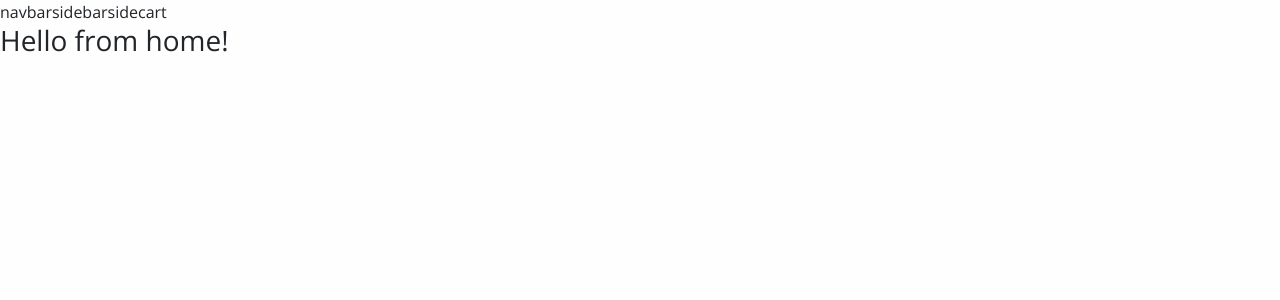
Repository: CaptainStorm21/react16-techstore
Page: /
The author's editor kept a copy of each file at every save. The page is drawn from the files as they stood at one save, then again after the next save.
The browser window is 1280 px wide. The pictures show the whole page.
Some web fonts or font styles are not loaded; a fallback is used. The project was rebuilt for these pictures with package versions that can differ from the ones it lists, and the page was loaded fresh each time. Also part of the build but not shown: src/pages/ContactPage.js, src/pages/ProductsPage.js, src/pages/AboutPage.js, src/pages/SingleProductPage.js, src/pages/DefaultPage.js, src/pages/CartPage.js.

Above is the page before, as saved 2020-05-08 13:19:49.

### public/index.html
<!DOCTYPE html>
<html lang="en">
  <head>
    <meta charset="utf-8" />
    <link rel="icon" href="%PUBLIC_URL%/favicon.ico" />
    <meta name="viewport" content="width=device-width, initial-scale=1" />
    <meta name="theme-color" content="#000000" />
    <meta
      name="description"
      content="Web site created using create-react-app"
    />
    <link rel="apple-touch-icon" href="%PUBLIC_URL%/logo192.png" />
    <!--
      manifest.json provides metadata used when your web app is installed on a
      user's mobile device or desktop. See https://developers.google.com/web/fundamentals/web-app-manifest/
    -->
    <link rel="manifest" href="%PUBLIC_URL%/manifest.json" />
    <!--
      Notice the use of %PUBLIC_URL% in the tags above.
      It will be replaced with the URL of the `public` folder during the build.
      Only files inside the `public` folder can be referenced from the HTML.

      Unlike "/favicon.ico" or "favicon.ico", "%PUBLIC_URL%/favicon.ico" will
      work correctly both with client-side routing and a non-root public URL.
      Learn how to configure a non-root public URL by running `npm run build`.
    -->
    <title>Tech Store</title>
  </head>
  <body>
    <noscript>You need to enable JavaScript to run this app.</noscript>
    <div id="root"></div>
    <!--
      This HTML file is a template.
      If you open it directly in the browser, you will see an empty page.

      You can add webfonts, meta tags, or analytics to this file.
      The build step will place the bundled scripts into the <body> tag.

      To begin the development, run `npm start` or `yarn start`.
      To create a production bundle, use `npm run build` or `yarn build`.
    -->
  </body>
</html>

### src/index.js
import React from "react";
import ReactDOM from "react-dom";
import "./index.css";
import App from "./App";
import * as serviceWorker from "./serviceWorker";

//Router setup
import { BrowserRouter as Router } from "react-router-dom";

//Import context
import { ProductProvider} from './context';

ReactDOM.render(
  <ProductProvider>
        <Router>
      <App />
    </Router>
  </ProductProvider>, document.getElementById("root")
);

// If you want your app to work offline and load faster, you can change
// unregister() to register() below. Note this comes with some pitfalls.
// Learn more about service workers: https://bit.ly/CRA-PWA
serviceWorker.unregister();

### src/App.js
import React from 'react';
import './App.css';
import  'bootstrap/dist/css/bootstrap.min.css';
// import styled from 'styled-components';

// //react icon
// import {FaHome} from 'react-icons/fa';

//import pages
import HomePage from './pages/HomePage';
import ContactPage from './pages/ContactPage';
import ProductsPage from './pages/ProductsPage';
import AboutPage from './pages/AboutPage';
import SingleProductPage from './pages/SingleProductPage';
import DefaultPage from './pages/DefaultPage';
import CartPage from './pages/CartPage';

//import routes
import { Route, Switch } from 'react-router-dom';

//import skeleton component
import Navbar from './components/Navbar';
import Footer from './components/Footer';
import Sidebar from './components/Sidebar';
import Sidecart from './components/Sidecart';

function App() {
  return (
    < >
    <Navbar/>
    <Sidebar/>
    <Sidecart/>

     {/* navbar, sidebar, cart, footer */}
     <Switch>
       <Route path = "/" exact component={HomePage} />
       <Route path = "/about" component={AboutPage} />
       <Route path = "/contact"  component={ContactPage} />
       <Route path = "/products"  exact  component={ProductsPage} />
       <Route path = "/products/:id"   component={SingleProductPage} />
       <Route path = "/cart" component={CartPage} />
       <Route  component={DefaultPage} />
     </Switch>
    </>
  );
}


export default App;

### src/context/context.js
import React, { Component } from "react";
const ProductContext = React.createContext();

// Provider
// Consumer

class ProductProvider extends Component {
  state = {
    sidebarOpen: false,
    cartOpen: false,
    cartItems: 0
  };
  //handle sidebar
  handleSidebar = () => {
    this.setState({ sidebarOpen: !this.state.sidebarOpen });
  };
  //handle sidecart
  handleSidecart = () => {
    this.setState({ cartOpen: !this.state.cartOpen });
  };

  //close cart
  closeCart = () => {
    this.setState({ cartOpen: false });
  };

  //open cart
  openCart = () => {
    this.setState({ cartOpen: true });
  };

  render() {
    return (
      <ProductContext.Provider
        value={{
          // sidebarOpen: this.state.sidebarOpen,
          ...this.state,
          handleSidebar: this.handleSidebar,
          handleCart: this.state.handleCart,
          closeCart: this.state.closeCart,
          openCart: this.state.openCart,
        }}
      >
        {this.props.children}
      </ProductContext.Provider>
    );
  }
}

const ProductConsumer = ProductContext.Consumer;
export { ProductProvider, ProductConsumer };

### src/App.css
@import url("https://fonts.googleapis.com/css?family=Monda:400,700|Open+Sans:400,700|Raleway:400,700&display=swap");

/* font-family: 'Raleway', sans-serif;
font-family: 'Open Sans', sans-serif;
font-family: 'Monda', sans-serif;
*/

/* sass */
:root {
  --primaryColor: #0a74bb;
  --primaryRGBA: rgba(0, 0, 0, 0.3);
  --mainGrey: #fffefede !important;
  --darkGrey: #1a1110;
  --mainWhite: #fff;
  --mainBlack: #222;
  --mainTransition: all 0.3s ease-in-out;
  --mainSpacing: 0.3rem;
}

.text-title {
  font-family: "Monda", sans-serif;
  font-weight: bold;
  letter-spacing: var(--mainSpacing);
  text-transform: capitalize;
}

.text-main {
  color: var(--primaryColor);
}

body {
  font-family: "Open Sans", sans-serif !important;
  background-color: var(--mainGrey) !important;
  color: var(--mainBlack);
}

### src/pages/HomePage.js
import React from 'react'
import {ProductConsumer} from '../context';

export default function HomePage() {
    return (
      <>
        <ProductConsumer>
                {value => {
                    console.log(value)
                    return <h3>Hello from home!</h3>
                }}
        </ProductConsumer>
      </>
    );
}


{/* { value => <h2>{value}</h2>} */}

### src/components/Navbar.js
import React from 'react'

export default function Navbar() {
    return (
        <>
         navbar
        </>
    )
}

### src/components/Sidebar.js
import React from 'react'

export default function Sidebar() {
    return (
        <>
            sidebar
        </>
    )
}

### src/components/Sidecart.js
import React from 'react'

export default function Sidecart() {
    return (
        <>
            sidecart
        </>
    )
}

### src/components/Footer.js
import React from 'react'

export default function Footer() {
    return (
        <>
            footer
        </>
    )
}

Loaded but not shown: src/index.css (common file); src/serviceWorker.js (common file)

After the next save:
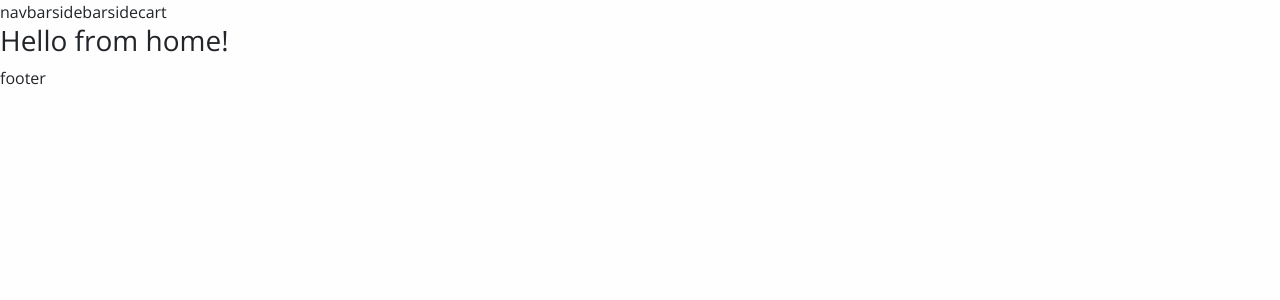
Saved 10 s later.
--- a/src/App.js
+++ b/src/App.js
@@ -26,21 +26,22 @@ import Sidecart from './components/Sidecart';
 
 function App() {
   return (
-    < >
-    <Navbar/>
-    <Sidebar/>
-    <Sidecart/>
+    <>
+      <Navbar />
+      <Sidebar />
+      <Sidecart />
 
-     {/* navbar, sidebar, cart, footer */}
-     <Switch>
-       <Route path = "/" exact component={HomePage} />
-       <Route path = "/about" component={AboutPage} />
-       <Route path = "/contact"  component={ContactPage} />
-       <Route path = "/products"  exact  component={ProductsPage} />
-       <Route path = "/products/:id"   component={SingleProductPage} />
-       <Route path = "/cart" component={CartPage} />
-       <Route  component={DefaultPage} />
-     </Switch>
+      {/* navbar, sidebar, cart, footer */}
+      <Switch>
+        <Route path="/" exact component={HomePage} />
+        <Route path="/about" component={AboutPage} />
+        <Route path="/contact" component={ContactPage} />
+        <Route path="/products" exact component={ProductsPage} />
+        <Route path="/products/:id" component={SingleProductPage} />
+        <Route path="/cart" component={CartPage} />
+        <Route component={DefaultPage} />
+      </Switch>
+      <Footer />
     </>
   );
 }
